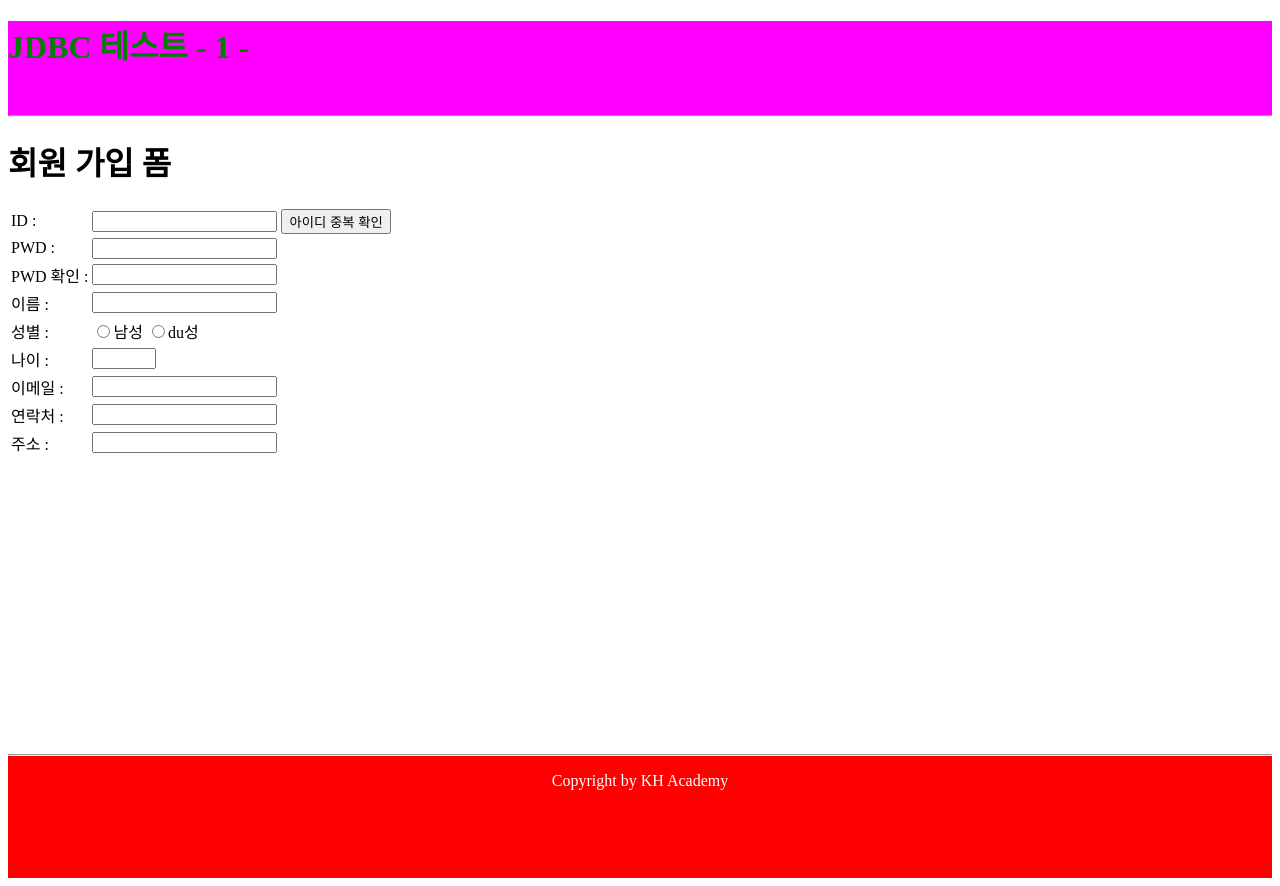
Repository: steeveelee2/WEB_Study
Page: http://localhost/JDBC1Project/views/member/memberJoin.jsp
These files come from the project's save history. The page is drawn as it stood at one moment and after the next save; the edit follows.
The browser window is 1280 px wide. The pictures show the whole page.
The page is served by Tomcat 9. Other server files are loaded and not shown.

Above is the page before, as saved 2018-10-16 05:13:58.

### webWorkspace/JDBC1Project/web/views/member/memberJoin.jsp
<%@ page language="java" contentType="text/html; charset=UTF-8"
    pageEncoding="UTF-8"%>
<!DOCTYPE html>
<html>
<head>
<meta charset="UTF-8">
<title>회원가입 폼</title>
</head>
<body>
	<%@ include file="/views/common/header.jsp" %>

	<h1>회원 가입 폼</h1>

	<form action="/jdbc1/mInsert.do" method="post">

		<table>

			<tr>
				<td>ID : </td>
				<td><input type="text" name="userId"/></td>
				<td><button type="button" id="dupBtn">아이디 중복 확인</button></td>
			</tr>
			<tr>
				<td>PWD : </td>
				<td><input type="password" name="userPwd" id="userPwd"/></td>
				<td></td>
			</tr>
			<tr>
				<td>PWD 확인 : </td>
				<td><input type="password" name="userPwd2" id="userPwd2"/></td>
				<td></td>
			</tr>
			<tr>
				<td>이름 : </td>
				<td><input type="text" name="userName"/></td>
				<td></td>
			</tr>
			<tr>
				<td>성별 : </td>
				<td>
					<input type="radio" name="gender" value="M"/>남성
					<input type="radio" name="gender" value="F"/>du성
				</td>
				<td></td>
			</tr>
			<tr>
				<td>나이 : </td>
				<td><input type="number" name="age" min="10" max="100"/></td>
				<td></td>
			</tr>
			<tr>
				<td>이메일 : </td>
				<td><input type="email" name="email"/></td>
				<td></td>
			</tr>
			<tr>
				<td>연락처 : </td>
				<td><input type="tel" name="phone"/></td>
				<td></td>
			</tr>
			<tr>
				<td>주소 : </td>
				<td><input type="text" name="address"/></td>
				<td></td>
			</tr>

		</table>

	</form>

	<%@ include file="/views/common/footer.jsp" %>
</body>
</html>

### webWorkspace/JDBC1Project/web/views/common/header.jsp
<%@ page language="java" contentType="text/html; charset=UTF-8"
    pageEncoding="UTF-8"%>
<header style="background:magenta; color:green;">
	<h1>JDBC 테스트 - 1 -</h1>
	<br>
	<hr>
</header>

### webWorkspace/JDBC1Project/web/views/common/footer.jsp
<%@ page language="java" contentType="text/html; charset=UTF-8"
    pageEncoding="UTF-8"%>
<br><br><br><br>
<br><br><br><br>
<br><br><br><br>
<br><br><br><br>

<footer style="background:red; color:white;">
	<hr>
	<p align="center">
		Copyright by KH Academy
	</p>
	<br><br>
	<br><br>
</footer>

After the next save:
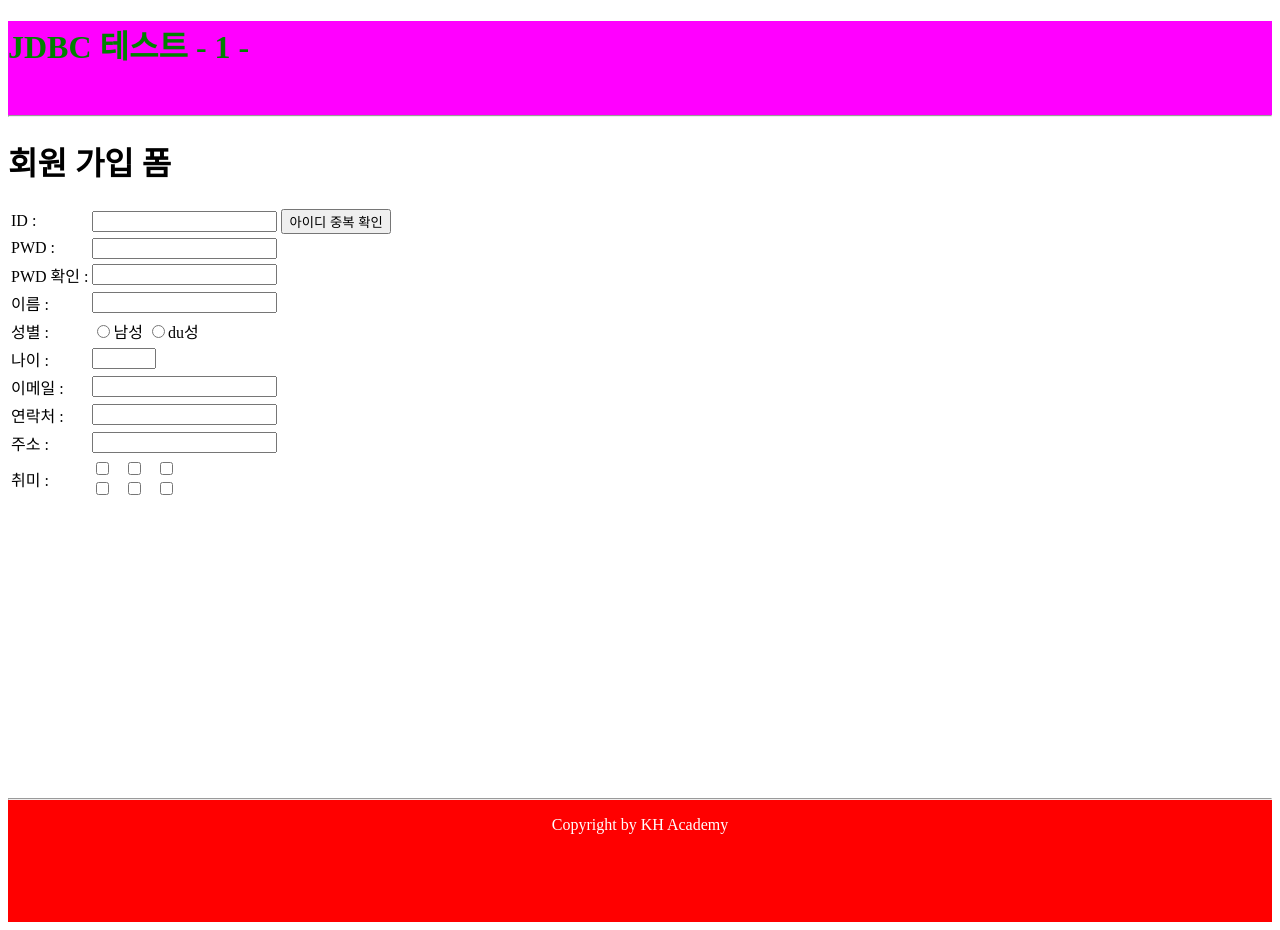
Saved 95 s later.
--- a/webWorkspace/JDBC1Project/web/views/member/memberJoin.jsp
+++ b/webWorkspace/JDBC1Project/web/views/member/memberJoin.jsp
@@ -63,6 +63,18 @@
 				<td><input type="text" name="address"/></td>
 				<td></td>
 			</tr>
+			<tr>
+				<td>취미 : </td>
+				<td>
+					<input type="checkbox" name="hobby"/>&nbsp;&nbsp;
+					<input type="checkbox" name="hobby"/>&nbsp;&nbsp;
+					<input type="checkbox" name="hobby"/><br>
+					<input type="checkbox" name="hobby"/>&nbsp;&nbsp;
+					<input type="checkbox" name="hobby"/>&nbsp;&nbsp;
+					<input type="checkbox" name="hobby"/>
+				</td>
+				<td></td>
+			</tr>
 
 		</table>
 
